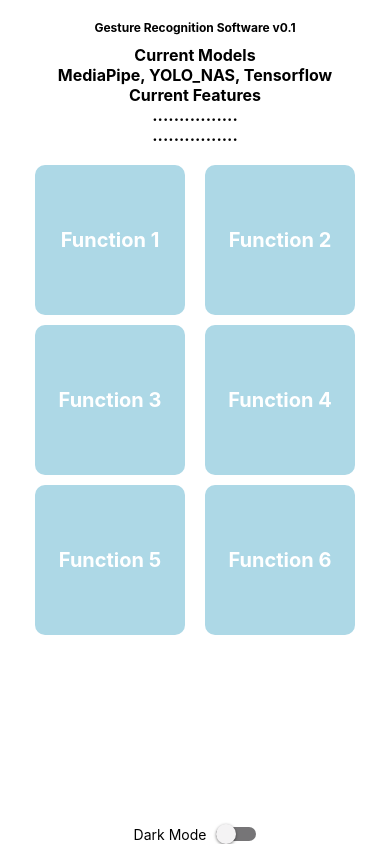
Repository: hajin-park/V-QUIP
Page: / (app in frontend/react-native-app/)
The author's editor kept a copy of each file at every save. The page is drawn from the files as they stood at one save, then again after the next save.
The browser window is 390 px wide. The pictures show the whole page.
The app was drawn by React Native's web renderer in a window 390 px wide. The project was rebuilt for these pictures with package versions that can differ from the ones it lists, and the page was loaded fresh each time.

Above is the page before, as saved 2024-04-07 23:56:14.

### frontend/react-native-app/App.js
import React, { useState } from 'react';
import { StatusBar } from 'expo-status-bar';
import { StyleSheet, Text, View, TouchableOpacity, Switch } from 'react-native';

export default function App() {
  const [darkMode, setDarkMode] = useState(false);

  const handleOptionClick = (option) => {
    // Handle click event for the selected option
    console.log(`Function ${option} clicked`);
  };

  return (
    <View style={[styles.container, darkMode && styles.darkContainer]}>
      <Text style={[styles.title, darkMode && styles.darkText]}>Gesture Recognition Software v0.1</Text>
      <View style={styles.infoBox}>
        <Text style={[styles.infoText, darkMode && styles.darkText]}>Current Models</Text>
        <Text style={[styles.infoText, darkMode && styles.darkText]}>MediaPipe, YOLO_NAS, Tensorflow</Text>
        <Text style={[styles.infoText, darkMode && styles.darkText]}>Current Features</Text>
        <Text style={[styles.infoText, darkMode && styles.darkText]}>................</Text>
        <Text style={[styles.infoText, darkMode && styles.darkText]}>................</Text>
      </View>
      <View style={styles.content}>
        <View style={styles.row}>
          <TouchableOpacity style={[styles.box, darkMode && styles.darkBox]} onPress={() => handleOptionClick(1)}>
            <Text style={[styles.text, darkMode && styles.darkText]}>Function 1</Text>
          </TouchableOpacity>
          <TouchableOpacity style={[styles.box, darkMode && styles.darkBox]} onPress={() => handleOptionClick(2)}>
            <Text style={[styles.text, darkMode && styles.darkText]}>Function 2</Text>
          </TouchableOpacity>
        </View>
        <View style={styles.row}>
          <TouchableOpacity style={[styles.box, darkMode && styles.darkBox]} onPress={() => handleOptionClick(3)}>
            <Text style={[styles.text, darkMode && styles.darkText]}>Function 3</Text>
          </TouchableOpacity>
          <TouchableOpacity style={[styles.box, darkMode && styles.darkBox]} onPress={() => handleOptionClick(4)}>
            <Text style={[styles.text, darkMode && styles.darkText]}>Function 4</Text>
          </TouchableOpacity>
        </View>
        <View style={styles.row}>
          <TouchableOpacity style={[styles.box, darkMode && styles.darkBox]} onPress={() => handleOptionClick(5)}>
            <Text style={[styles.text, darkMode && styles.darkText]}>Function 5</Text>
          </TouchableOpacity>
          <TouchableOpacity style={[styles.box, darkMode && styles.darkBox]} onPress={() => handleOptionClick(6)}>
            <Text style={[styles.text, darkMode && styles.darkText]}>Function 6</Text>
          </TouchableOpacity>
        </View>
      </View>
      <View style={styles.darkModeSwitchContainer}>
        <Text style={[styles.darkModeText, darkMode && styles.darkText]}>Dark Mode</Text>
        <Switch
          trackColor={{ false: "#767577", true: "#81b0ff" }}
          thumbColor={darkMode ? "#f5dd4b" : "#f4f3f4"}
          ios_backgroundColor="#3e3e3e"
          onValueChange={() => setDarkMode(!darkMode)}
          value={darkMode}
        />
      </View>
      <StatusBar style="auto" />
    </View>
  );
}

const styles = StyleSheet.create({
  container: {
    flex: 1,
    backgroundColor: '#fff',
    paddingHorizontal: 10,
    paddingTop: 20,
  },
  darkContainer: {
    backgroundColor: '#121212',
  },
  title: {
    fontSize: 12,
    fontWeight: 'bold',
    marginBottom: 10,
    textAlign: 'center',
  },
  darkText: {
    color: '#ffffff',
  },
  infoBox: {
    alignItems: 'center',
    marginBottom: 20,
  },
  infoText: {
    fontSize: 16,
    fontWeight: 'bold',
    color: '#000000',
  },
  content: {
    flex: 1,
    alignItems: 'center',
  },
  row: {
    flexDirection: 'row',
    justifyContent: 'center',
    marginBottom: 10,
  },
  box: {
    width: 150,
    height: 150,
    backgroundColor: '#ADD8E6', // Light blue color
    borderRadius: 10, // Rounded edges
    alignItems: 'center',
    justifyContent: 'center',
    marginHorizontal: 10,
  },
  text: {
    fontSize: 20,
    fontWeight: 'bold',
    color: '#FFFFFF', // White text color
  },
  darkBox: {
    backgroundColor: '#2d2d2d', // Dark gray color
  },
  darkModeSwitchContainer: {
    flexDirection: 'row',
    alignItems: 'center',
    justifyContent: 'center',
  },
  darkModeText: {
    marginRight: 10,
    color: '#000000',
  },
});

After the next save:
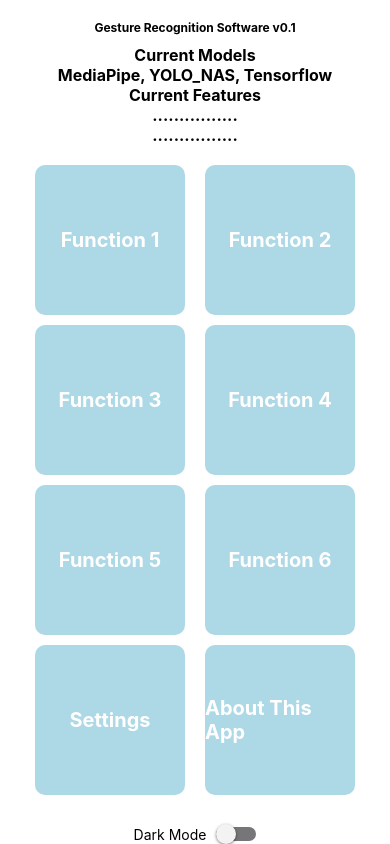
Saved 2 min 28 s later.
--- a/frontend/react-native-app/App.js
+++ b/frontend/react-native-app/App.js
@@ -43,6 +43,15 @@ export default function App() {
           </TouchableOpacity>
           <TouchableOpacity style={[styles.box, darkMode && styles.darkBox]} onPress={() => handleOptionClick(6)}>
             <Text style={[styles.text, darkMode && styles.darkText]}>Function 6</Text>
+          </TouchableOpacity>
+        </View>
+        {/* Add Settings and About This App boxes below */}
+        <View style={styles.row}>
+          <TouchableOpacity style={[styles.box, darkMode && styles.darkBox]} onPress={() => handleOptionClick('Settings')}>
+            <Text style={[styles.text, darkMode && styles.darkText]}>Settings</Text>
+          </TouchableOpacity>
+          <TouchableOpacity style={[styles.box, darkMode && styles.darkBox]} onPress={() => handleOptionClick('About')}>
+            <Text style={[styles.text, darkMode && styles.darkText]}>About This App</Text>
           </TouchableOpacity>
         </View>
       </View>
